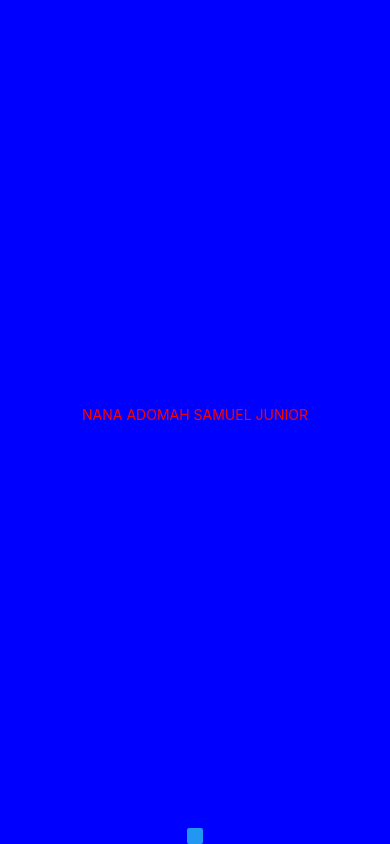
Repository: 2000-Nanayaw/MobileApp
Screen: /
These files come from the project's save history. The screen is drawn as it stood at one moment and after the next save; the edit follows.
The app was drawn by React Native's web renderer in a window 390 px wide. The project was rebuilt for these pictures with package versions that can differ from the ones it lists, and the page was loaded fresh each time.

Above is the screen before, as saved 2023-08-25 03:50:47.

### App.js
// import { StatusBar } from 'expo-status-bar';
// import { Button, StyleSheet, Text, TextInput, View } from 'react-native';

//  function App() {
//   return (
//     <View style={styles.container}>
//       <View style={styles.container}>
//       <Text>sky community school</Text>
//       </View>
//       <StatusBar style="auto" />
//     </View>
//   );
// }

// const styles = StyleSheet.create({
//   container: {
//     flex: 1,
//     backgroundColor: 'white',
//     alignItems: 'center',
//     justifyContent: 'center',

//   },

// });
// export default App;

import { StatusBar } from "expo-status-bar";
import { Button, StyleSheet, Text, TextInput, View } from "react-native";

function jsar() {
  return (
    <View style={styles.container}>
      <View style={styles.container}>
        <Text style={styles.color}>NANA ADOMAH SAMUEL JUNIOR</Text>
      </View>
      <Button this/>
      <StatusBar style="auto" />
    </View>
  );
}

const styles = StyleSheet.create({
  container: {
    flex: 1,
    backgroundColor: "blue",
    alignItems: "center",
    justifyContent: "center",
  },
  color:{
    color: "red",
  }
});
export default jsar;

After the next save:
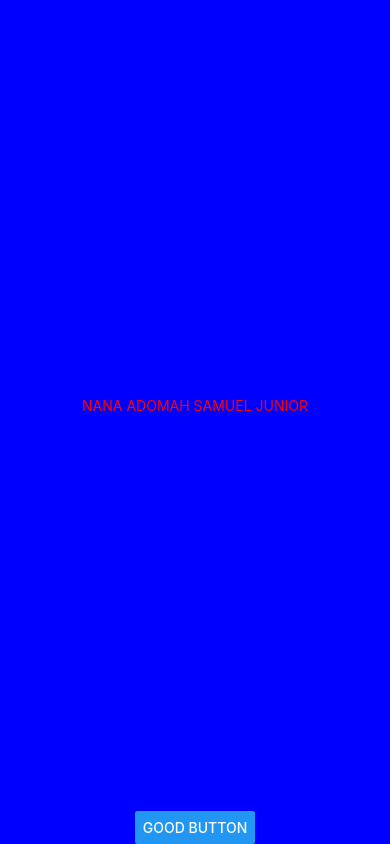
Saved 35 s later.
--- a/App.js
+++ b/App.js
@@ -33,7 +33,7 @@ function jsar() {
       <View style={styles.container}>
         <Text style={styles.color}>NANA ADOMAH SAMUEL JUNIOR</Text>
       </View>
-      <Button this/>
+      <Button title="good button" />
       <StatusBar style="auto" />
     </View>
   );
